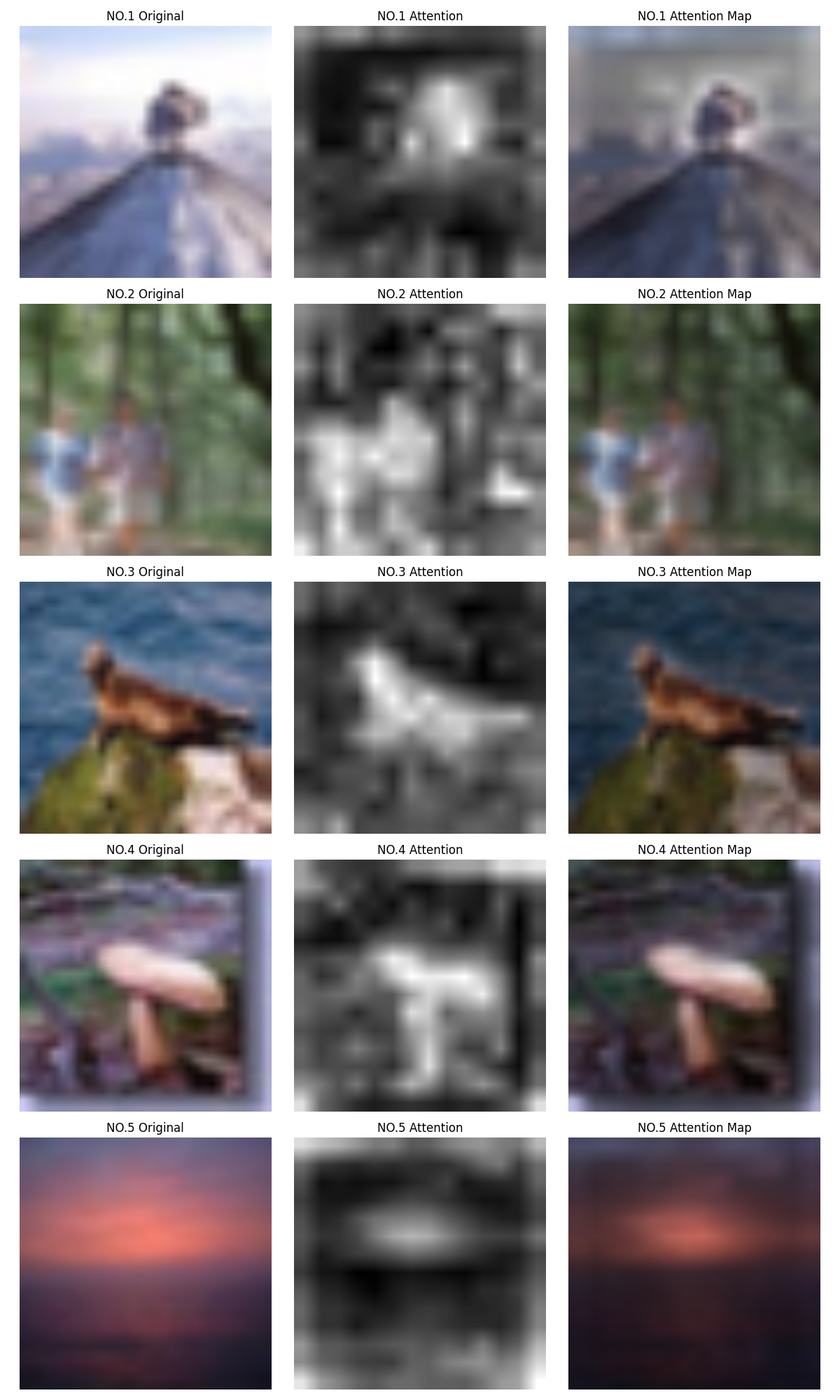
Repository: ginnux/vit
Script's output: python figure/visual.py
The author's editor kept a copy of each file at every save. The script's output is drawn from the files as they stood at one save, then again after the next save.
The pictures are shown at 70% of full size.
Random numbers start from a fixed seed. It also reads figure/visualize.pkl.

Above is the script's output before, as saved 2024-06-24 22:35:48.

### figure/visual.py
import pickle
import numpy as np
import matplotlib.pyplot as plt

# Load data
with open("figure/visualize.pkl", "rb") as f:
    data = pickle.load(f)

# Plot
im_list, mask_list, result_list = data

plt.rcParams["font.size"] = 10
plt.rcParams["font.family"] = "Times New Roman"
num = len(im_list)

plt.figure(figsize=(12, 4 * num))

for i in range(num):
    im = im_list[i]
    mask = mask_list[i]
    result = result_list[i]

    plt.subplot(num, 3, 3 * i + 1)
    plt.axis("off")
    plt.title(f"NO.{i+1} Original")
    plt.imshow(im)

    plt.subplot(num, 3, 3 * i + 2)
    plt.axis("off")
    plt.title(f"NO.{i+1} Attention")
    plt.imshow(mask, cmap="gray")

    plt.subplot(num, 3, 3 * i + 3)
    plt.axis("off")
    plt.title(f"NO.{i+1} Attention Map")
    plt.imshow(result)

plt.tight_layout()
plt.show()

After the next save:
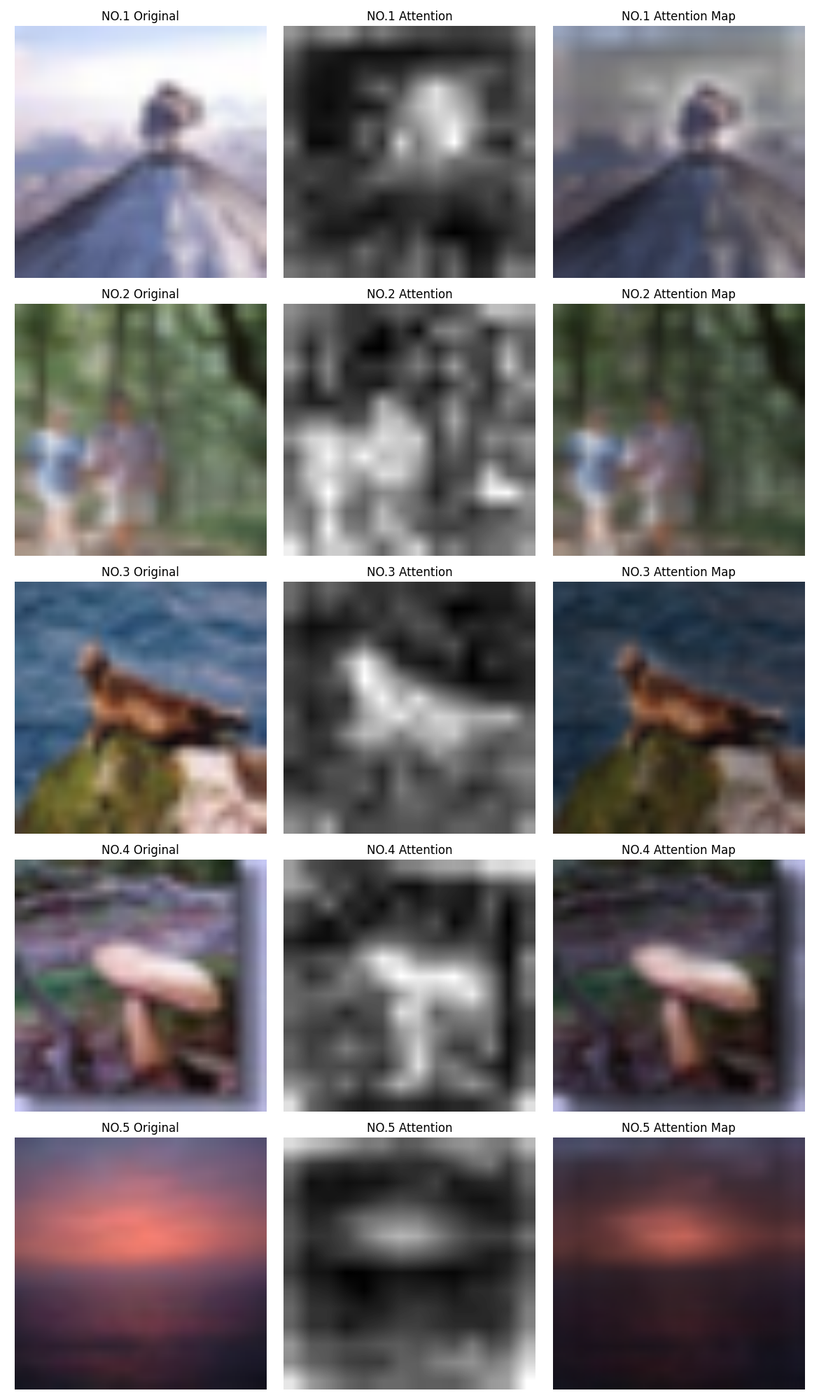
Saved 8 s later.
--- a/figure/visual.py
+++ b/figure/visual.py
@@ -13,7 +13,7 @@ plt.rcParams["font.size"] = 10
 plt.rcParams["font.family"] = "Times New Roman"
 num = len(im_list)
 
-plt.figure(figsize=(12, 4 * num))
+plt.figure(figsize=(11.7, 4 * num))
 
 for i in range(num):
     im = im_list[i]
